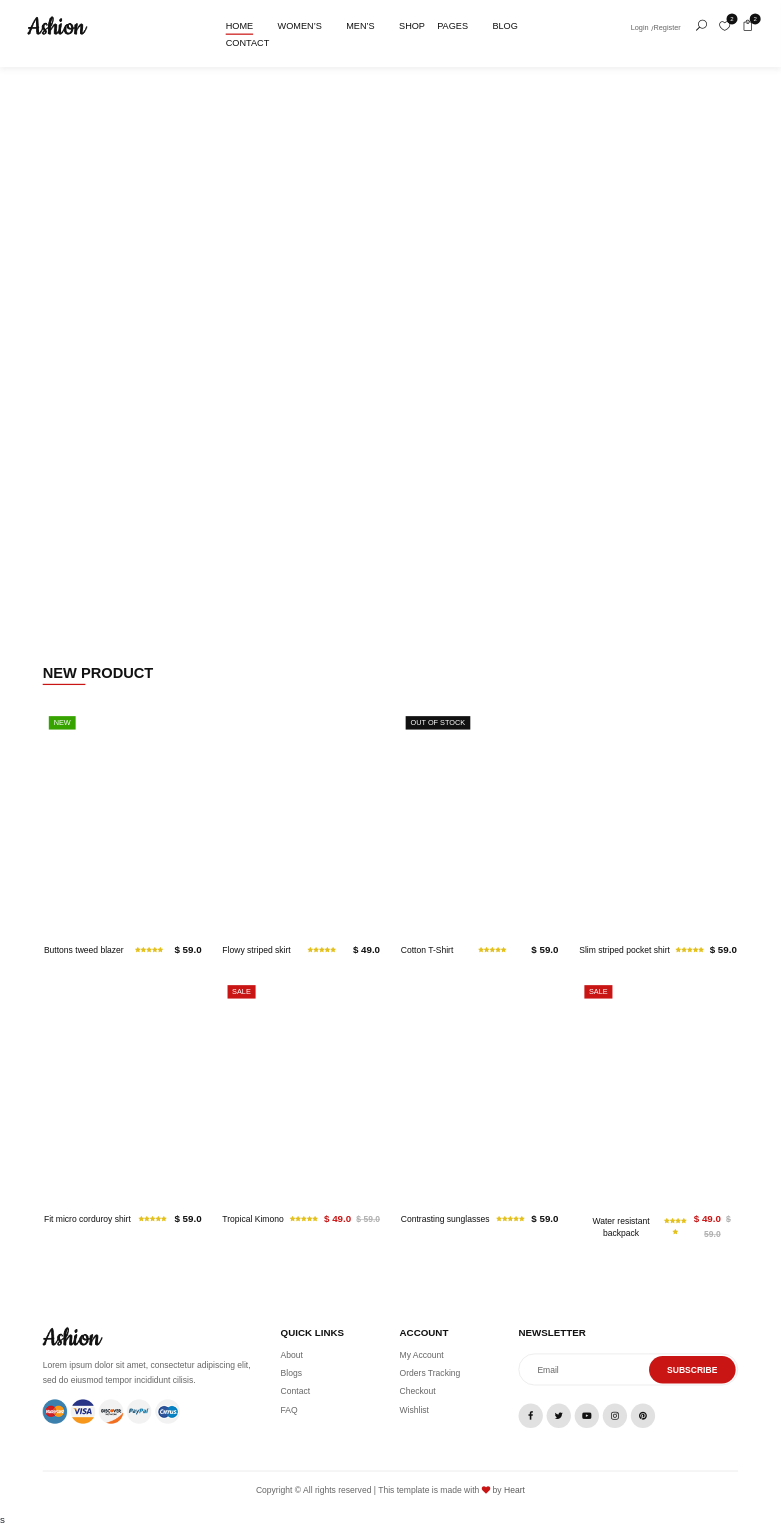
Repository: banchiec/shopping-fashion
Page: /
The author's editor kept a copy of each file at every save. The page is drawn from the files as they stood at one save, then again after the next save.
The browser window is 1280 px wide. The pictures show the whole page, at 61% of full size.
The project was rebuilt for these pictures with package versions that can differ from the ones it lists, and the page was loaded fresh each time. Also part of the build but not shown: src/App.css, src/pages/Shop/Shop.js.

Above is the page before, as saved 2023-07-15 16:33:14.

### public/index.html
<!DOCTYPE html>
<html lang="en">
	<head>
		<meta charset="utf-8" />
		<link rel="icon" href="%PUBLIC_URL%/favicon.ico" />
		<meta name="viewport" content="width=device-width, initial-scale=1" />
		<meta name="theme-color" content="#000000" />
		<meta name="description" content="Web site created using create-react-app" />
		<link rel="apple-touch-icon" href="%PUBLIC_URL%/logo192.png" />
		<!--
      manifest.json provides metadata used when your web app is installed on a
      user's mobile device or desktop. See https://developers.google.com/web/fundamentals/web-app-manifest/
    -->
		<link rel="manifest" href="%PUBLIC_URL%/manifest.json" />
		<!--
      Notice the use of %PUBLIC_URL% in the tags above.
      It will be replaced with the URL of the `public` folder during the build.
      Only files inside the `public` folder can be referenced from the HTML.

      Unlike "/favicon.ico" or "favicon.ico", "%PUBLIC_URL%/favicon.ico" will
      work correctly both with client-side routing and a non-root public URL.
      Learn how to configure a non-root public URL by running `npm run build`.
    -->
		<title>React App</title>
		<link rel="stylesheet" href="assets/css/bootstrap.min.css" type="text/css" />
		<link rel="stylesheet" href="assets/css/font-awesome.min.css" type="text/css" />
		<link rel="stylesheet" href="assets/css/elegant-icons.css" type="text/css" />
		<link rel="stylesheet" href="assets/css/jquery-ui.min.css" type="text/css" />
		<link rel="stylesheet" href="assets/css/magnific-popup.css" type="text/css" />
		<link rel="stylesheet" href="assets/css/owl.carousel.min.css" type="text/css" />
		<link rel="stylesheet" href="assets/css/slicknav.min.css" type="text/css" />
		<link rel="stylesheet" href="assets/css/style.css" type="text/css" />
		<!-- Custom Scripts for this template -->
		<script src="assets/js/jquery-3.3.1.min.js"></script>
		<script src="assets/js/bootstrap.min.js"></script>
		<script src="assets/js/jquery.magnific-popup.min.js"></script>
		<script src="assets/js/jquery-ui.min.js"></script>
		<script src="assets/js/mixitup.min.js"></script>
		<script src="assets/js/jquery.slicknav.js"></script>
		<script src="assets/js/owl.carousel.min.js"></script>
		<script src="assets/js/jquery.nicescroll.min.js"></script>
		<script src="assets/js/main.js"></script>
	</head>
	<body>
		<noscript>You need to enable JavaScript to run this app.</noscript>
		<div id="root"></div>
		<!--
      This HTML file is a template.
      If you open it directly in the browser, you will see an empty page.

      You can add webfonts, meta tags, or analytics to this file.
      The build step will place the bundled scripts into the <body> tag.

      To begin the development, run `npm start` or `yarn start`.
      To create a production bundle, use `npm run build` or `yarn build`.
    -->
	</body>
</html>

### src/pages/Home/Home.js
import { CarouselSection } from "../../components/CarouselSection"
import { SocialSection } from "../../components/SocialSection"
import { SmallShop } from "../../components/SmallShop"
import { Footer } from "../../components/Footer"

const Home = () => {
	return (
		<>
			<CarouselSection />
			{/* <DiscountsBanner /> */}
			<SocialSection />
			<SmallShop />
			<Footer />s
		</>
	)
}
export default Home

### src/components/Header/styles/headerStyles.css
.header {
	background: #ffffff;
	-webkit-box-shadow: 0px 5px 10px rgba(91, 91, 91, 0.1);
	box-shadow: 0px 5px 10px rgba(91, 91, 91, 0.1);
}

.header__logo {
	padding: 26px 0;
}

.header__logo a {
	display: inline-block;
}

.header__menu {
	padding: 30px 0 27px;
}

.header__menu ul li {
	list-style: none;
	display: inline-block;
	margin-right: 40px;
	position: relative;
}

.header__menu ul li.active a:after {
	-webkit-transform: scale(1);
	-ms-transform: scale(1);
	transform: scale(1);
}

.header__menu ul li:hover a:after {
	-webkit-transform: scale(1);
	-ms-transform: scale(1);
	transform: scale(1);
}

.header__menu ul li:hover .dropdown {
	top: 27px;
	opacity: 1;
	visibility: visible;
}

.header__menu ul li:last-child {
	margin-right: 0;
}

.header__menu ul li .dropdown {
	position: absolute;
	left: 0;
	top: 56px;
	width: 150px;
	background: #111111;
	text-align: left;
	padding: 2px 0;
	z-index: 9;
	opacity: 0;
	visibility: hidden;
	-webkit-transition: all, 0.3s;
	-o-transition: all, 0.3s;
	transition: all, 0.3s;
}

.header__menu ul li .dropdown li {
	display: block;
	margin-right: 0;
}

.header__menu ul a {
	padding: 8px 20px;
}

.header__menu ul li .dropdown li a {
	font-size: 14px;
	color: #ffffff;
	font-weight: 400;
	padding: 8px 20px;
	text-transform: capitalize;
}

.header__menu ul li .dropdown li a:after {
	display: none;
}

.header__menu ul li a {
	font-size: 15px;
	text-transform: uppercase;
	color: #111111;
	font-weight: 500;
	display: block;
	padding: 2px 0;
	position: relative;
}

.header__menu ul li a:after {
	position: absolute;
	left: 0;
	bottom: 0;
	width: 100%;
	height: 2px;
	background: #ca1515;
	content: '';
	-webkit-transition: all, 0.5s;
	-o-transition: all, 0.5s;
	transition: all, 0.5s;
	-webkit-transform: scale(0);
	-ms-transform: scale(0);
	transform: scale(0);
}

.header__right {
	text-align: right;
	padding: 30px 0 27px;
}

.header__right__auth {
	display: inline-block;
	margin-right: 25px;
}

.header__right__auth a {
	font-size: 12px;
	color: #666666;
	position: relative;
	margin-right: 8px;
}

.header__right__auth a:last-child {
	margin-right: 0;
}

.header__right__auth a:last-child:after {
	display: none;
}

.header__right__auth a:after {
	position: absolute;
	right: -8px;
	top: -2px;
	content: '/';
	font-size: 13px;
}

.header__right__widget {
	display: inline-block;
}

.header__right__widget li {
	list-style: none;
	display: inline-block;
	font-size: 18px;
	color: #111111;
	margin-right: 20px;
	cursor: pointer;
}

.header__right__widget li:last-child {
	margin-right: 0;
}

.header__right__widget li a {
	font-size: 18px;
	color: #111111;
	position: relative;
}

.header__right__widget li a .tip {
	position: absolute;
	right: -12px;
	top: -11px;
	height: 18px;
	width: 18px;
	background: #111111;
	font-size: 10px;
	font-weight: 500;
	color: #ffffff;
	line-height: 18px;
	text-align: center;
	border-radius: 50%;
}

.offcanvas-menu-wrapper {
	display: none;
}

.canvas__open {
	display: none;
}
.canvas__open {
	display: block;
	font-size: 22px;
	color: #222;
	height: 35px;
	width: 35px;
	line-height: 35px;
	text-align: center;
	border: 1px solid #323232;
	border-radius: 2px;
	cursor: pointer;
	position: absolute;
	right: 15px;
	top: 24px;
}
@media only screen and (max-width: 767px) {
	.canvas__open {
		display: block;
		font-size: 22px;
		color: #222;
		height: 35px;
		width: 35px;
		line-height: 35px;
		text-align: center;
		border: 1px solid #323232;
		border-radius: 2px;
		cursor: pointer;
		position: absolute;
		right: 15px;
		top: 24px;
	}
}

### src/components/CarouselSection/Carousel.jsx
const CarouselSection = (props) => {
	return (
		<section className="banner">
			<div className="container-fluid">
				<div className="row">
					<div className="col-xl-7 col-lg-8 m-auto">
						<div className="banner__slider owl-carousel">
							<div className="banner__item">
								<div className="banner__text">
									<span>The Chloe Collection</span>
									<img src="assets/img/banner/banner-1.jpg" alt="banner" />
									{/* <h1>The Project Jacket</h1> */}
									<a href="#">Shop now</a>
								</div>
							</div>
							<div className="banner__item">
								<div className="banner__text">
									<span>The Chloe Collection</span>
									<img src="assets/img/banner/banner-1.jpg" alt="banner" />
									{/* <h1>The Project Jacket </h1> */}
									<a href="#">Shop now</a>
								</div>
							</div>
							<div className="banner__item">
								<div className="banner__text">
									<span>The Chloe Collection</span>
									<img src="assets/img/banner/banner-1.jpg" alt="banner" />
									{/* <h1>The Project Jacket</h1> */}
									<a href="#">Shop now</a>
								</div>
							</div>
						</div>
					</div>
				</div>
			</div>
		</section>
	)
}

export default CarouselSection

### src/components/SocialSection/SocialSection.jsx
const SocialSection = () => {
	return (
		<>
			<div className="instagram">
				<div className="container-fluid">
					<div className="row">
						<div className="col-lg-2 col-md-4 col-sm-4 p-0">
							<div
								className="instagram__item set-bg"
								data-setbg="assets/img/instagram/insta-1.jpg"
							>
								<div className="instagram__text">
									<i className="fa fa-instagram"></i>
									<a href="#">@ ashion_shop</a>
								</div>
							</div>
						</div>
						<div className="col-lg-2 col-md-4 col-sm-4 p-0">
							<div
								className="instagram__item set-bg"
								data-setbg="assets/img/instagram/insta-2.jpg"
							>
								<div className="instagram__text">
									<i className="fa fa-instagram"></i>
									<a href="#">@ ashion_shop</a>
								</div>
							</div>
						</div>
						<div className="col-lg-2 col-md-4 col-sm-4 p-0">
							<div
								className="instagram__item set-bg"
								data-setbg="assets/img/instagram/insta-3.jpg"
							>
								<div className="instagram__text">
									<i className="fa fa-instagram"></i>
									<a href="#">@ ashion_shop</a>
								</div>
							</div>
						</div>
						<div className="col-lg-2 col-md-4 col-sm-4 p-0">
							<div
								className="instagram__item set-bg"
								data-setbg="assets/img/instagram/insta-4.jpg"
							>
								<div className="instagram__text">
									<i className="fa fa-instagram"></i>
									<a href="#">@ ashion_shop</a>
								</div>
							</div>
						</div>
						<div className="col-lg-2 col-md-4 col-sm-4 p-0">
							<div
								className="instagram__item set-bg"
								data-setbg="assets/img/instagram/insta-5.jpg"
							>
								<div className="instagram__text">
									<i className="fa fa-instagram"></i>
									<a href="#">@ ashion_shop</a>
								</div>
							</div>
						</div>
						<div className="col-lg-2 col-md-4 col-sm-4 p-0">
							<div
								className="instagram__item set-bg"
								data-setbg="assets/img/instagram/insta-6.jpg"
							>
								<div className="instagram__text">
									<i className="fa fa-instagram"></i>
									<a href="#">@ ashion_shop</a>
								</div>
							</div>
						</div>
					</div>
				</div>
			</div>
		</>
	)
}
export default SocialSection

### src/components/Footer/footer.jsx
const Footer = () => {
	return (
		<>
			<footer className="footer">
				<div className="container">
					<div className="row">
						<div className="col-lg-4 col-md-6 col-sm-7">
							<div className="footer__about">
								<div className="footer__logo">
									<a href="#">
										<img src="assets/img/logo.png" alt="" />
									</a>
								</div>
								<p>
									Lorem ipsum dolor sit amet, consectetur adipiscing elit, sed do eiusmod
									tempor incididunt cilisis.
								</p>
								<div className="footer__payment">
									<a href="#">
										<img src="assets/img/payment/payment-1.png" alt="" />
									</a>
									<a href="#">
										<img src="assets/img/payment/payment-2.png" alt="" />
									</a>
									<a href="#">
										<img src="assets/img/payment/payment-3.png" alt="" />
									</a>
									<a href="#">
										<img src="assets/img/payment/payment-4.png" alt="" />
									</a>
									<a href="#">
										<img src="assets/img/payment/payment-5.png" alt="" />
									</a>
								</div>
							</div>
						</div>
						<div className="col-lg-2 col-md-3 col-sm-5">
							<div className="footer__widget">
								<h6>Quick links</h6>
								<ul>
									<li>
										<a href="#">About</a>
									</li>
									<li>
										<a href="#">Blogs</a>
									</li>
									<li>
										<a href="#">Contact</a>
									</li>
									<li>
										<a href="#">FAQ</a>
									</li>
								</ul>
							</div>
						</div>
						<div className="col-lg-2 col-md-3 col-sm-4">
							<div className="footer__widget">
								<h6>Account</h6>
								<ul>
									<li>
										<a href="#">My Account</a>
									</li>
									<li>
										<a href="#">Orders Tracking</a>
									</li>
									<li>
										<a href="#">Checkout</a>
									</li>
									<li>
										<a href="#">Wishlist</a>
									</li>
								</ul>
							</div>
						</div>
						<div className="col-lg-4 col-md-8 col-sm-8">
							<div className="footer__newslatter">
								<h6>NEWSLETTER</h6>
								<form action="#">
									<input type="text" placeholder="Email" />
									<button type="submit" className="site-btn">
										Subscribe
									</button>
								</form>
								<div className="footer__social">
									<a href="#">
										<i className="fa fa-facebook"></i>
									</a>
									<a href="#">
										<i className="fa fa-twitter"></i>
									</a>
									<a href="#">
										<i className="fa fa-youtube-play"></i>
									</a>
									<a href="#">
										<i className="fa fa-instagram"></i>
									</a>
									<a href="#">
										<i className="fa fa-pinterest"></i>
									</a>
								</div>
							</div>
						</div>
					</div>
					<div className="row">
						<div className="col-lg-12">
							<div className="footer__copyright__text">
								<p>
									Copyright &copy;{' '}
									<script>document.write(new Date().getFullYear());</script> All rights
									reserved | This template is made with{' '}
									<i className="fa fa-heart" aria-hidden="true"></i> by{' '}
									<a href="#" target="_blank">
										Heart
									</a>
								</p>
							</div>
						</div>
					</div>
				</div>
			</footer>
		</>
	)
}

export default Footer

Loaded but not shown: src/index.css (common file); public/assets/css/bootstrap.min.css (library); public/assets/css/font-awesome.min.css (library); public/assets/css/elegant-icons.css (library); public/assets/css/jquery-ui.min.css (library); public/assets/css/magnific-popup.css (library); public/assets/css/owl.carousel.min.css (library); public/assets/css/slicknav.min.css (common file); public/assets/js/jquery-3.3.1.min.js (library); public/assets/js/bootstrap.min.js (library); public/assets/js/jquery.magnific-popup.min.js (library); public/assets/js/jquery-ui.min.js (library); public/assets/js/mixitup.min.js (library); public/assets/js/jquery.slicknav.js (library); public/assets/js/owl.carousel.min.js (library); public/assets/js/jquery.nicescroll.min.js (library); public/assets/js/main.js (225 lines, source omitted); src/components/Header/Header.js (115 lines, source omitted); src/redux/reducers/auth/authSessionReducers.js (73 lines, source omitted); src/components/Header/libs/MenuWrapper.js (41 lines, source omitted); src/redux/reducers/auth/authLoginReducers.js (54 lines, source omitted); src/redux/reducers/auth/authSignupReducers.js (37 lines, source omitted); src/routes.js (28 lines, source omitted); src/App.js (19 lines, source omitted); src/index.js (14 lines, source omitted); src/redux/reducers/index.js (10 lines, source omitted); src/redux/constants/auth/authLoginConstants.js (10 lines, source omitted); src/redux/constants/auth/authSessionConstants.js (6 lines, source omitted); src/redux/store.js (6 lines, source omitted); src/redux/constants/auth/authSignupConstants.js (3 lines, source omitted); src/components/SocialSection/index.js (2 lines, source omitted); src/components/CarouselSection/index.js (2 lines, source omitted); src/components/SmallShop/index.js (2 lines, source omitted); src/components/Header/index.js (2 lines, source omitted); src/components/Footer/index.js (2 lines, source omitted); public/assets/css/style.css (3680 lines, source omitted); src/assets/css/style.css (3677 lines, source omitted); src/components/SmallShop/SmallShop.jsx (341 lines, source omitted)

After the next save:
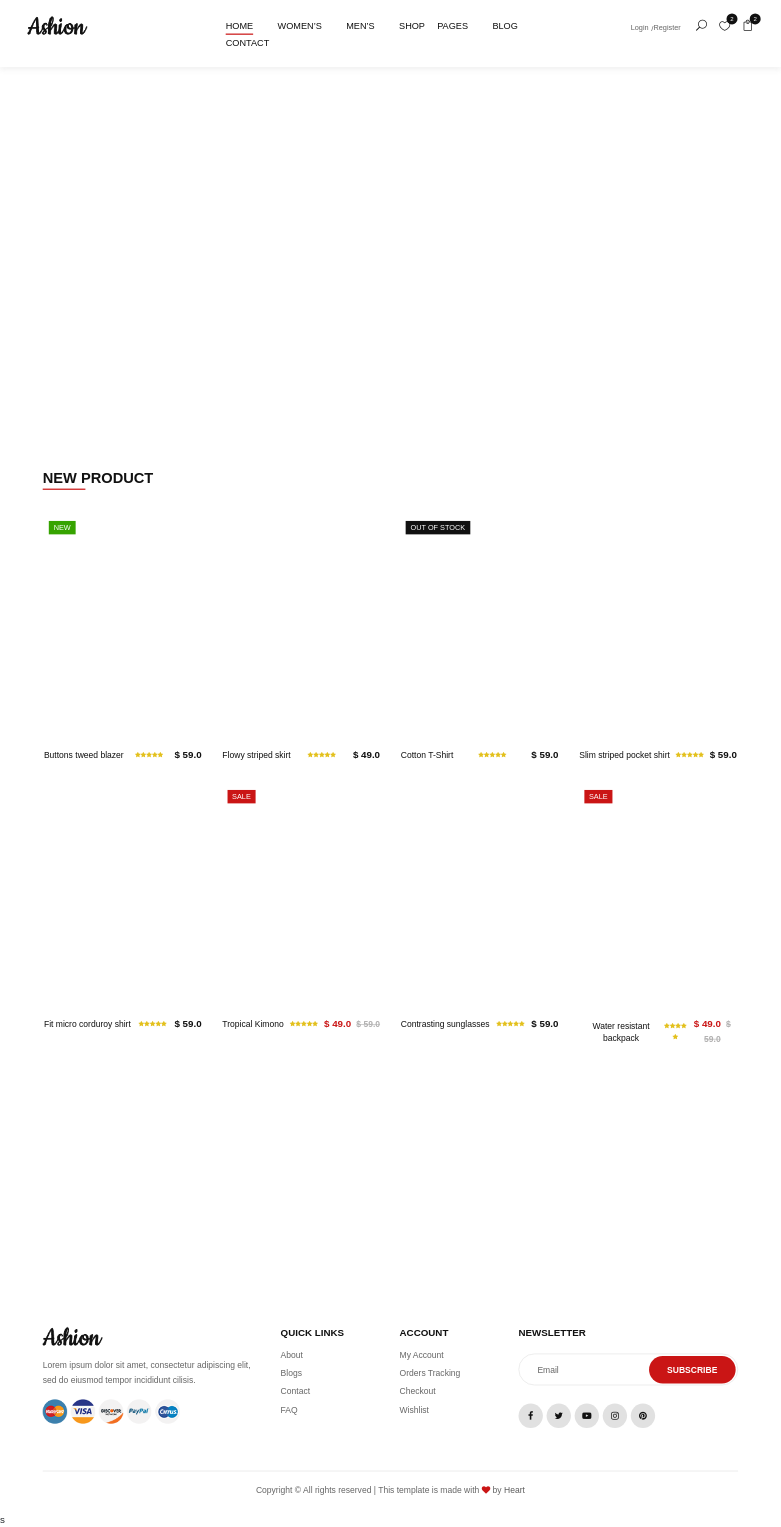
Saved 2 min 41 s later.
--- a/src/pages/Home/Home.js
+++ b/src/pages/Home/Home.js
@@ -7,9 +7,9 @@ const Home = () => {
 	return (
 		<>
 			<CarouselSection />
+			<SmallShop />
 			{/* <DiscountsBanner /> */}
 			<SocialSection />
-			<SmallShop />
 			<Footer />s
 		</>
 	)
